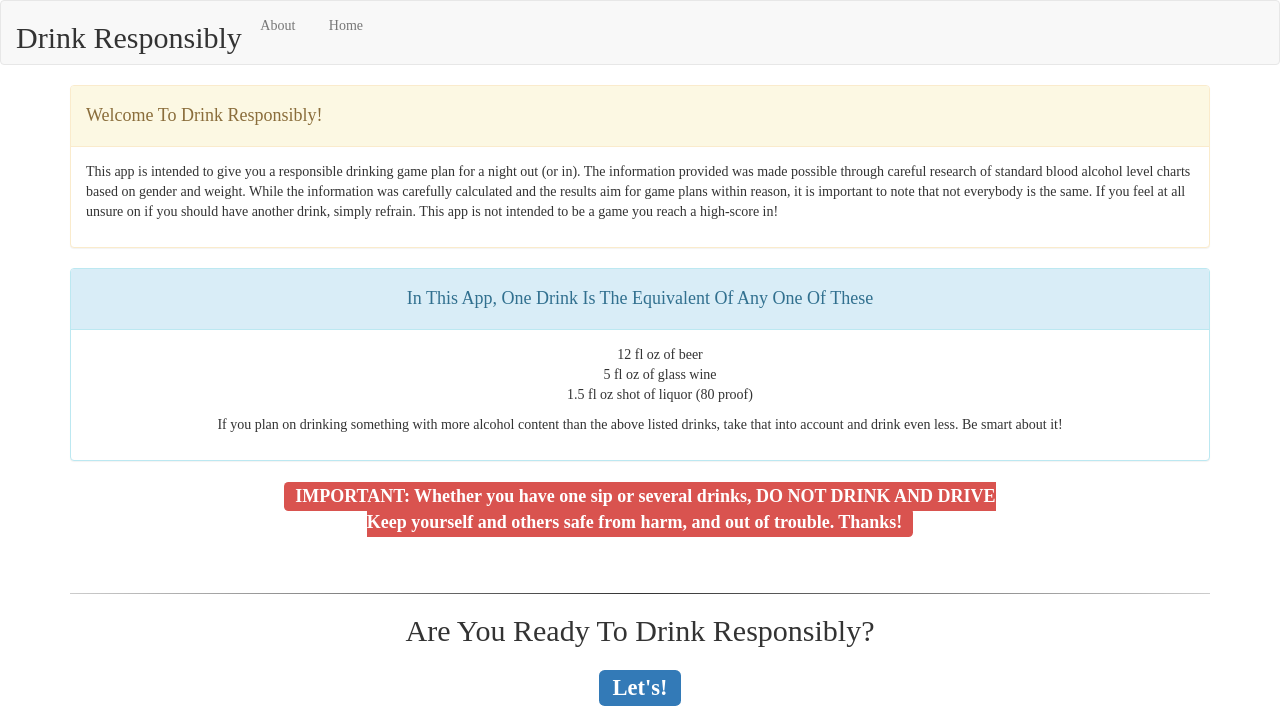
Repository: NatNat180/DrinkResponsibly
Page: http://localhost/DrinkResponsibly/
An editor plug-in stored every save of this project. The page is shown before and after the next save, followed by the edit.
The browser window is 1280 px wide. The pictures show the whole page.
Some web fonts or font styles are not loaded; a fallback is used. The page is served by Tomcat 9.

Above is the page before, as saved 2016-04-07 20:46:59.

After the next save:
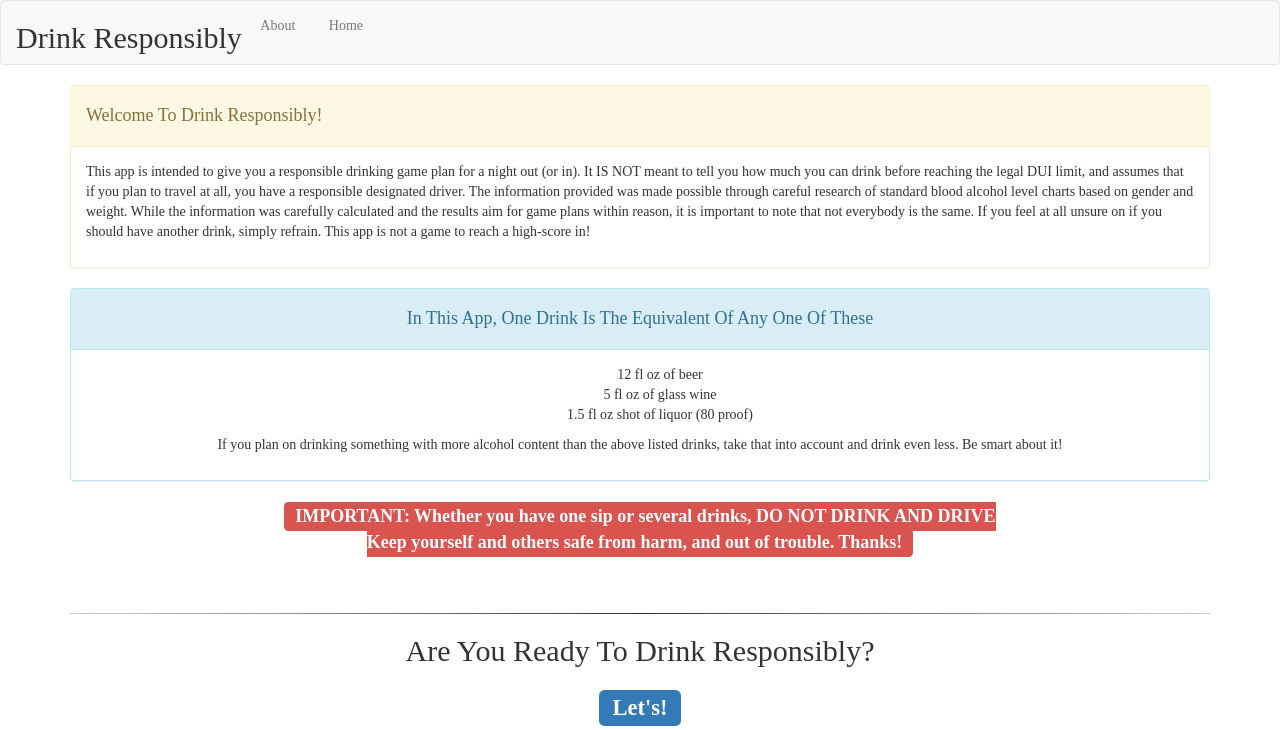
Saved 3 min 27 s later.
--- a/DrinkResponsibly/WebContent/WEB-INF/about.jsp
+++ b/DrinkResponsibly/WebContent/WEB-INF/about.jsp
@@ -19,12 +19,14 @@
 </div>
 <div class="panel-body">
 	<p>This app is intended to give you a responsible drinking game plan for a night out
-	(or in). The information provided was made possible through careful research of
+	(or in). It IS NOT meant to tell you how much you can drink before reaching the legal DUI limit,
+	and assumes that if you plan to travel at all, you have a responsible designated driver.
+	The information provided was made possible through careful research of
 	standard blood alcohol level charts based on gender and weight. While the
 	information was carefully calculated and the results aim for game plans
 	within reason, it is important to note that not everybody is the same.
 	If you feel at all unsure on if you should have another drink, simply refrain.
-	This app is not intended to be a game you reach a high-score in!</p>
+	This app is not a game to reach a high-score in!</p>
 </div>
 </div>
 
